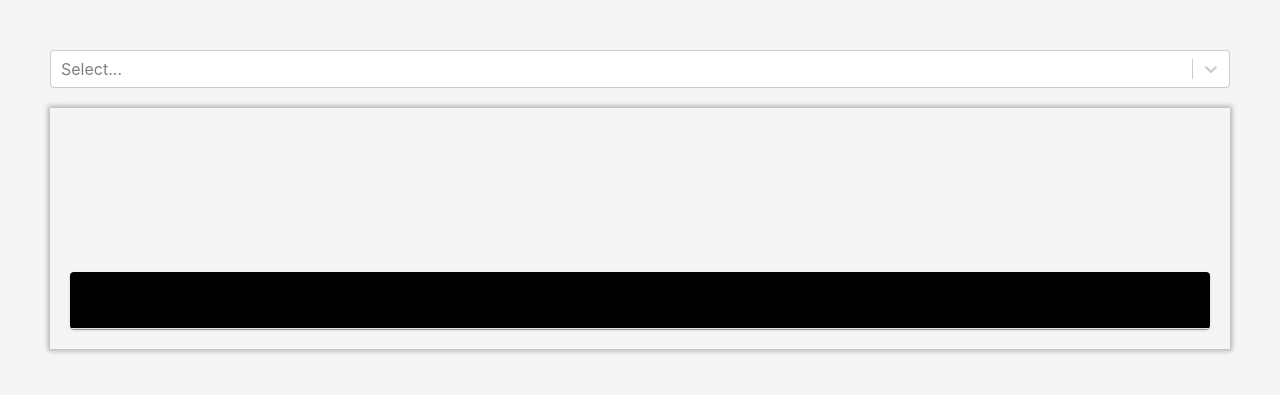
Repository: JorSargsyan/FootballApp
Page: /
The author's editor kept a copy of each file at every save. The page is drawn from the files as they stood at one save, then again after the next save.
The browser window is 1280 px wide. The pictures show the whole page.
The page's requests for data from a server got no answer. The project was rebuilt for these pictures with package versions that can differ from the ones it lists, and the page was loaded fresh each time. No one was signed in, and anything a server would have sent is missing.

Above is the page before, as saved 2019-07-13 17:12:58.

### public/index.html
<!DOCTYPE html>
<html lang="en">
  <head>
    <meta charset="utf-8" />
    <link rel="shortcut icon" href="%PUBLIC_URL%/favicon.ico" />
    <meta name="viewport" content="width=device-width, initial-scale=1" />
    <meta name="theme-color" content="#000000" />
    <!--
      manifest.json provides metadata used when your web app is installed on a
      user's mobile device or desktop. See https://developers.google.com/web/fundamentals/web-app-manifest/
    -->
    <link rel="manifest" href="%PUBLIC_URL%/manifest.json" />
    <link rel="stylesheet" href="https://fonts.googleapis.com/css?family=Roboto:300,400,500&display=swap" />
    <!--
      Notice the use of %PUBLIC_URL% in the tags above.
      It will be replaced with the URL of the `public` folder during the build.
      Only files inside the `public` folder can be referenced from the HTML.

      Unlike "/favicon.ico" or "favicon.ico", "%PUBLIC_URL%/favicon.ico" will
      work correctly both with client-side routing and a non-root public URL.
      Learn how to configure a non-root public URL by running `npm run build`.
    -->
    <title>React App</title>
  </head>
  <body>
    <noscript>You need to enable JavaScript to run this app.</noscript>
    <div id="root"></div>
    <!--
      This HTML file is a template.
      If you open it directly in the browser, you will see an empty page.

      You can add webfonts, meta tags, or analytics to this file.
      The build step will place the bundled scripts into the <body> tag.

      To begin the development, run `npm start` or `yarn start`.
      To create a production bundle, use `npm run build` or `yarn build`.
    -->
  </body>
</html>

### src/App.js
import React from 'react';
import logo from './logo.svg';
import './App.css';
import Container from "./components/Container"

function App() {
  return (
    <div className="App">
        <Container></Container>
    </div>
  );
}

export default App;

### src/App.css

.App{
  padding: 50px;
  height: 100%;
  background:#f5f5f5;
}

.LeagueInfo{
  margin-top: 20px;
  box-shadow: 0 0 5px 2px #00000047;
  padding: 20px;
}

.LeagueInfo .img-area{
  display: flex;
  width: 200px;
  justify-content: space-between;
  align-items: center;
}

.LeagueInfo img{
  height: 60px;
  display: block;
}

.LeagueInfo img:nth-child(2){
  height: 100px;
  margin-left: 15px;
}

.standingsTable{}

.standingsTable img{
  height: 45px!important;
}

### src/components/Container/index.js
import React, { Component } from 'react'
import PropTypes from 'prop-types'
import Select from 'react-select';
import axios from 'axios';
import SimpleTable from "../common/Table"


const config = {
    headers: {
        "X-RapidAPI-Host": "api-football-v1.p.rapidapi.com",
        "X-RapidAPI-Key": "afc6347074msh5602bdc3ba130d0p170b44jsn6e420664b59f"
    }
}

export default class Container extends Component {

    static propTypes = {
        prop: PropTypes
    }

    state = {
        selectedOption: null,
        countries: [],
        league: [],
        standings:[],
    };

    handleChange = selectedOption => {
        this.setState({ selectedOption });
        axios.get(`https://api-football-v1.p.rapidapi.com/v2/leagues/country/${selectedOption.value}/${2018}`, config)
            .then(res => {
                let league = res.data.api.leagues[0];
                this.setState({ league });


                axios.get(`https://api-football-v1.p.rapidapi.com/v2/leagueTable/${league.league_id}`, config)
                .then(res => {
                    let standings = res.data.api.standings[0];
                    this.setState({ standings });
                })

            })
    };


    componentDidMount() {


        axios.get(`https://api-football-v1.p.rapidapi.com/v2/countries`, config)
            .then(res => {
                let countries = res.data.api.countries;
                countries = countries.map(i => { return { label: i.country, value: i.code } });
                this.setState({ countries });
            })
    }

    render() {
        const { selectedOption } = this.state;
        return (
            <div className="classes.root">
                <Select
                    value={selectedOption}
                    onChange={this.handleChange}
                    options={this.state.countries}
                />

                <div className="LeagueInfo">
                    <h2>{this.state.league.country}</h2>
                    <div className='img-area'>
                        <img src={this.state.league.flag} />
                        <img src={this.state.league.logo} />
                    </div>
                    <SimpleTable
                    data={this.state.standings}
                    header={[
                        {name:"Rank",prop:"rank"},
                        {name:"Team Name",prop:"teamName"},
                        {name:"Points",prop:"points"},
                        {name:"Form",prop:"forme"},
                        {name:"Goals Difference",prop:"goalsDiff"},
                        {name:"Matches Played",prop:"matchPlayed"},
                        {name:"Win",prop:"Win"},
                        {name:"Draw",prop:"Draw"},
                        {name:"Lose",prop:"Lose"},
                        {name:"Status",prop:"status"}
                    ]}
                    ></SimpleTable>
                </div>
            </div>
        )
    }
}

### src/components/common/Table.js
import React from 'react';
import { makeStyles } from '@material-ui/core/styles';
import Table from '@material-ui/core/Table';
import TableBody from '@material-ui/core/TableBody';
import TableCell from '@material-ui/core/TableCell';
import TableHead from '@material-ui/core/TableHead';
import TableRow from '@material-ui/core/TableRow';
import Paper from '@material-ui/core/Paper';

const useStyles = makeStyles(theme => ({
  root: {
    width: '100%',
    marginTop: theme.spacing(3),
    overflowX: 'auto',
  },
  table: {
    minWidth: 250,
  },
  tableRow:{
      fontSize:"25px",
      alignItems:"center"
  },
  tableTd:{
    fontSize:"18px",
    textAlign: "center"
  },
  tableFlexTd:{
    display: "flex",
    justifyContent: "space-between",
    alignItems: "center",
    fontSize:"18px",
    textAlign: "center"
  },
  tableHead:{
      background:"black",
      color:"white"
  }
}));


export default function SimpleTable({data,header}) {
  const classes = useStyles();

  return (
    <Paper className={classes.root}>
      <Table className={classes.table}>
        <TableHead className={classes.tableHead}>
          <TableRow>
            {
                header.map((x,i)=>{
                    return <TableCell className={classes.tableTd} key={i} align="left">{x.name}</TableCell>
                })
            }
          </TableRow>
        </TableHead>
        <TableBody>
          {data.map(row => (
            <TableRow key={row.name} className={classes.tableRow}>
              <TableCell className={classes.tableTd}>{row.rank}</TableCell>
              <TableCell className={classes.tableFlexTd}  align="left"><b>{row.teamName}</b> <img className={classes.tableImg} src={row.logo}></img> </TableCell>
              <TableCell className={classes.tableTd} align="left">{row.points}</TableCell>
              <TableCell className={classes.tableTd} align="left">{row.forme}</TableCell>
              <TableCell className={classes.tableTd} align="left">{row.goalsDiff}</TableCell>

              <TableCell className={classes.tableTd} align="left">{row.all.matchsPlayed}</TableCell>
              <TableCell className={classes.tableTd} align="left">{row.all.win}</TableCell>
              <TableCell className={classes.tableTd} align="left">{row.all.draw}</TableCell>
              <TableCell className={classes.tableTd} align="left">{row.all.lose}</TableCell>
              <TableCell className={classes.tableTd} align="left">{row.description}</TableCell>
            </TableRow>
          ))}
        </TableBody>
      </Table>
    </Paper>
  );
}

Loaded but not shown: src/index.js (common file); src/index.css (common file); src/serviceWorker.js (common file)

After the next save:
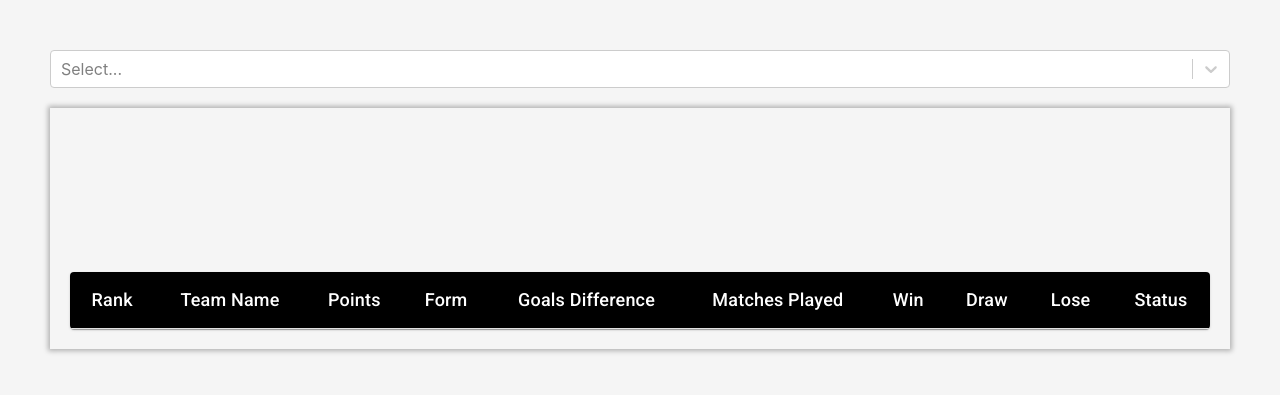
Saved 33 s later.
--- a/src/components/common/Table.js
+++ b/src/components/common/Table.js
@@ -33,7 +33,11 @@ const useStyles = makeStyles(theme => ({
   },
   tableHead:{
       background:"black",
-      color:"white"
+  },
+  tableHeadTd:{
+      color:"white",
+      fontSize:"18px",
+      textAlign: "center"
   }
 }));
 
@@ -48,7 +52,7 @@ export default function SimpleTable({data,header}) {
           <TableRow>
             {
                 header.map((x,i)=>{
-                    return <TableCell className={classes.tableTd} key={i} align="left">{x.name}</TableCell>
+                    return <TableCell className={classes.tableHeadTd} key={i} align="left">{x.name}</TableCell>
                 })
             }
           </TableRow>
